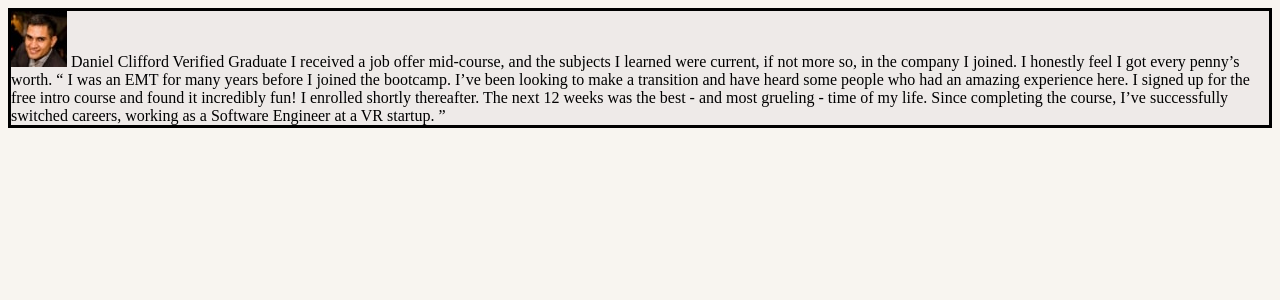
Repository: MagedElRefaey/Grid-Project
Page: Task.html
The author's editor kept a copy of each file at every save. The page is drawn from the files as they stood at one save, then again after a run of saves.
The browser window is 1280 px wide. The pictures show the whole page.

Above is the page before, as saved 2024-09-13 19:38:52.

### Task.html
<!DOCTYPE html>
<html lang="en">
<head>
    <link rel ="stylesheet" href="./Style.css">
    <meta charset="UTF-8">
    <meta name="viewport" content="width=device-width, initial-scale=1.0">
    <title>Document</title>
</head>
<body>
    <div class="Container">
        <div class="David"> <img src = "images/image-daniel.jpg"> Daniel Clifford
            Verified Graduate

            I received a job offer mid-course, and the subjects I learned were current, if not more so,
            in the company I joined. I honestly feel I got every penny’s worth.

            “ I was an EMT for many years before I joined the bootcamp. I’ve been looking to make a
            transition and have heard some people who had an amazing experience here. I signed up
            for the free intro course and found it incredibly fun! I enrolled shortly thereafter.
            The next 12 weeks was the best - and most grueling - time of my life. Since completing
            the course, I’ve successfully switched careers, working as a Software Engineer at a VR startup. ”</div>
        <div class="Jonathan"> </div>
        <div class="Kira"> </div>
        <div class="Jeantette"> </div>
        <div class="Patrick"> </div>
    </div>
</body>
</html>

### Style.css
body{
    background-color: rgb(248, 245, 240);
}

.David{
    height: 100%;
    border: 3px solid black;
    background-color: #28043d0c;
}

After the next 2 saves:
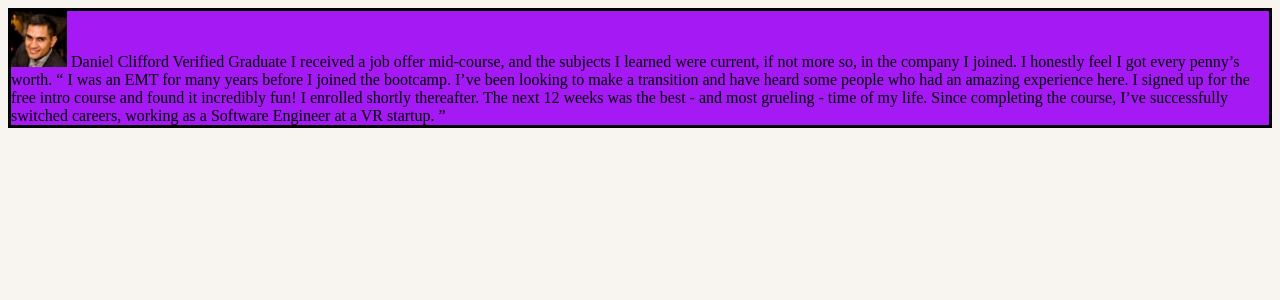
The 2 saves are shown as one change because they came seconds apart.
The last was saved 7 s later.
--- a/Style.css
+++ b/Style.css
@@ -5,5 +5,5 @@ body{
 .David{
     height: 100%;
     border: 3px solid black;
-    background-color: #28043d0c;
+    background-color: #9c00f7e5;
 }
